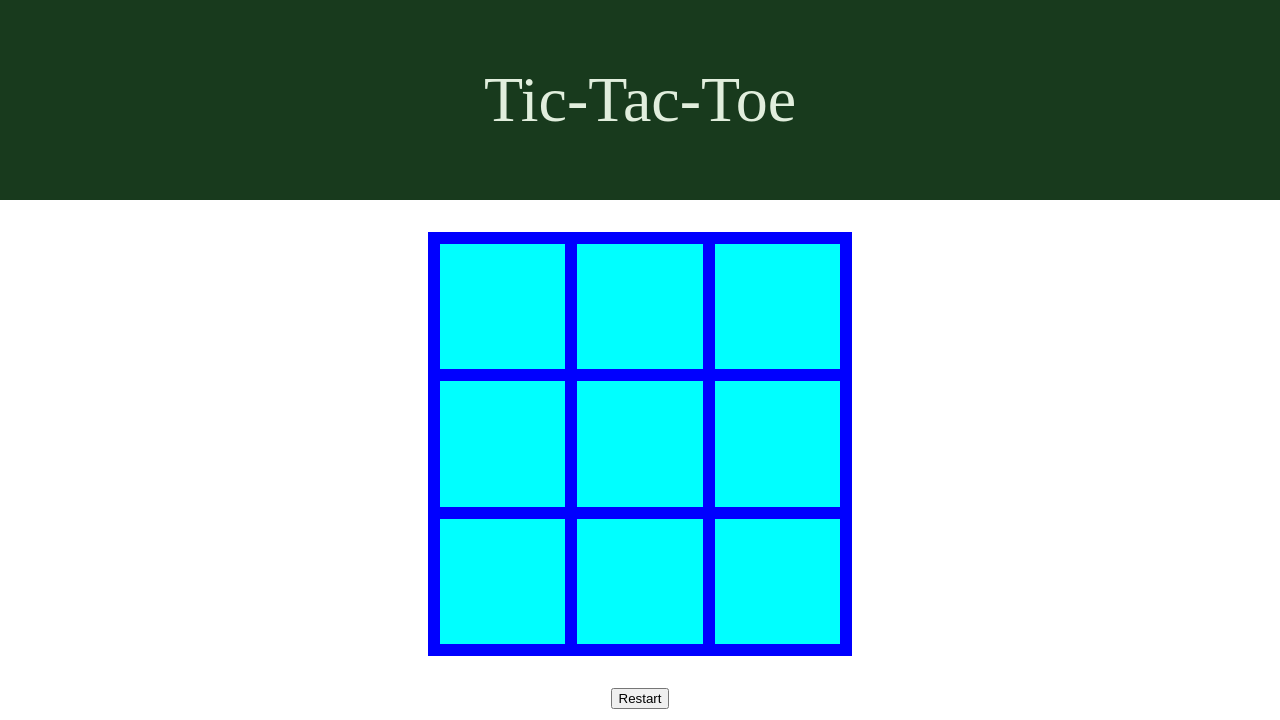
Repository: yeetzpxoci/tic-tac-toe
Page: index.html
These files come from the project's save history. The page is drawn as it stood at one moment and after the next save; the edit follows.
The browser window is 1280 px wide. The pictures show the whole page.

Above is the page before, as saved 2023-02-23 18:41:17.

### index.html
<!DOCTYPE html>
<html lang="en">
<head>
    <meta charset="UTF-8">
    <meta http-equiv="X-UA-Compatible" content="IE=edge">
    <meta name="viewport" content="width=device-width, initial-scale=1.0">
    <title>Tic Tac Toe</title>
    <link rel="stylesheet" type="text/css" href="styles.css" />
</head>
<body>
    <div class="header">
        Tic-Tac-Toe
    </div>
    <div class="board">
        <div class="square" data-index=0></div>

        <div class="square" data-index=1></div>

        <div class="square" data-index=2></div>

        <div class="square" data-index=3></div>

        <div class="square" data-index=4></div>

        <div class="square" data-index=5></div>

        <div class="square" data-index=6></div>

        <div class="square" data-index=7></div>

        <div class="square" data-index=8></div>
    </div>

    <button id="restart" onclick="game.restartGame()">Restart</button>
<script src="script.js"></script>
</body>
</html>

### styles.css
html, body {
    margin: 0;
    padding: 0;
}

body {
    display: flex;
    flex-direction: column;
    justify-content: center;
    align-items: center;
    min-width: 100vh;
    gap: 32px;
}

.header {
    display: flex;
    justify-content: center;
    align-items: center;
    background-color: #183A1D;
    width: 100%;
    height: 200px;
    color: #E1EEDD;
    font-size: 64px;
}

.board {
    height: 400px;
    width: 400px;
    background-color: blue;
    padding: 12px;
    gap: 12px;
    font-size: 96px;
    font-family: Arial, Helvetica, sans-serif;
    font-weight: bolder;
    display: grid;
    grid-template-columns: repeat(3, 1fr);
    grid-template-rows: repeat(3, 1fr);
    user-select: none;
}

.square {
    display: flex;
    justify-content: center;
    align-items: center;
    background-color: aqua;
}

### script.js
const squares = document.getElementsByClassName("square");

const gameBoard = (() => {
    let gameBoard = ["", "", "", "", "", "", "", "", ""];

    const atIndex = (index) => {
        return gameBoard[index];
    }

    const playOn = (index, symbol) => {
        gameBoard[index] = symbol;
    }

    const resetBoard = () => {
        for (let i = 0; i < gameBoard.length; i++) {
            gameBoard[i] = "";
        }
    }

    const winner = (x, y, z) => {
        if ((gameBoard[x] === gameBoard[y]) && ((gameBoard[y] === gameBoard[z]) && (gameBoard[z] === "X"))
            || (gameBoard[x] === gameBoard[y]) && ((gameBoard[y] === gameBoard[z]) && (gameBoard[z] === "O"))) {
            return true;
        } else {
            return false;
        }
    }

    const checkWinner = () => {
        return winner(0, 1, 2)  // check for 3-in-a-row horizontally
            || winner(3, 4, 5)
            || winner(6, 7, 8)
            || winner(0, 3, 6)  // check for 3-in-a-row vertically
            || winner(1, 4, 7)
            || winner(2, 5, 8)
            || winner(0, 4, 8)  // check for 3-in-a-row diagonally
            || winner(6, 4, 2)
    }

    return {
        gameBoard, atIndex, playOn, resetBoard, winner, checkWinner
    };
})();

const players = (symbol) => {
    const play = (index) => gameBoard.playOn(index, symbol);
    return {
        symbol, play
    };
};

const game = (() => {
    let turn = "X";

    const playRound = (e) => {
        if (gameBoard.atIndex(e.currentTarget.dataset.index) === "") {
            players(turn).play(e.currentTarget.dataset.index);
            displayController.renderBoard();
            if (turn === "X") {
                turn = "O";
            } else {
                turn = "X";
            }
            if (gameBoard.checkWinner()) {
                displayController.disableSquares();
                alert("winner!");
            }
        }
    }

    const restartGame = () => {
        turn = "X";
        gameBoard.resetBoard();
        displayController.renderBoard();
        displayController.enableSquares();
    }

    return {
        turn, playRound, restartGame
    };
})();

const displayController = (() => {
    const renderBoard = () => {
        for (let i = 0; i < gameBoard.gameBoard.length; i++) {
            squares[i].innerHTML = gameBoard.gameBoard[i];
        }
    }

    const enableSquares = () => {
        for (let i = 0; i < squares.length; i++) {
            squares[i].addEventListener("click", game.playRound);
        }
    }

    const disableSquares = () => {
        for (let i = 0; i < squares.length; i++) {
            squares[i].removeEventListener("click", game.playRound);
        }
    }

    return {
        renderBoard, enableSquares, disableSquares
    }
})();

displayController.enableSquares();

After the next save:
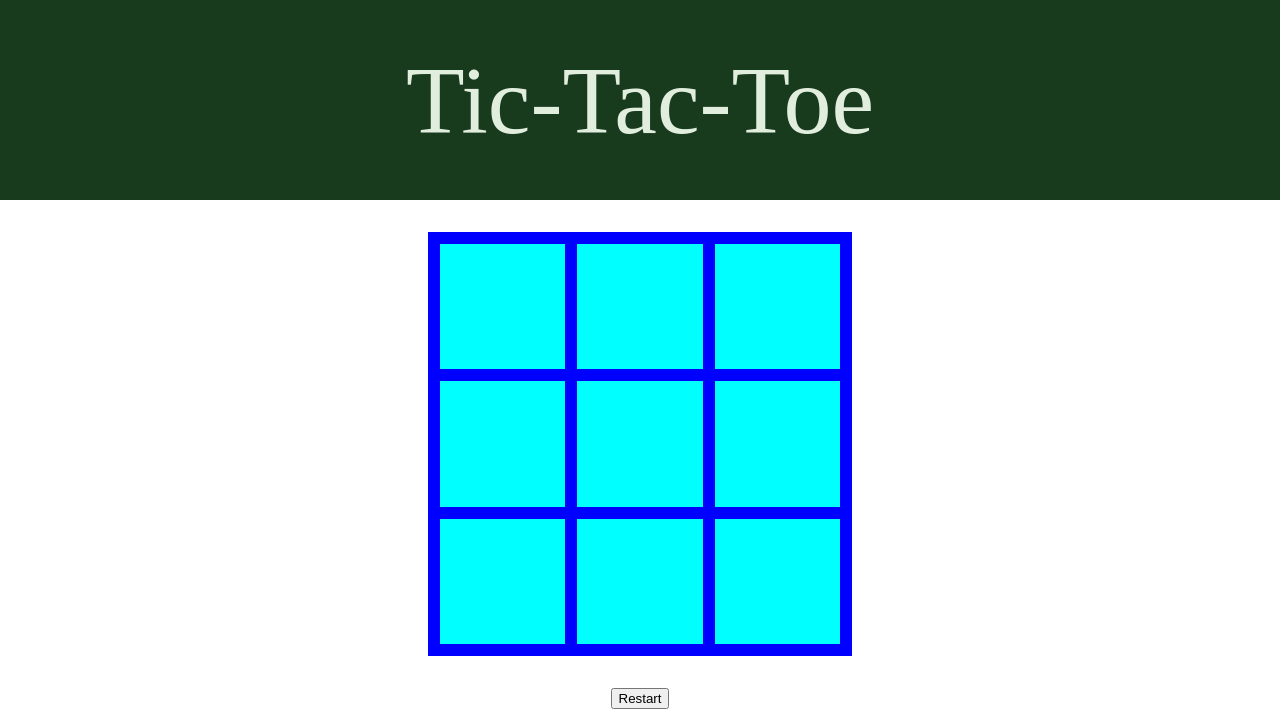
Saved 7 s later.
--- a/styles.css
+++ b/styles.css
@@ -20,7 +20,7 @@ body {
     width: 100%;
     height: 200px;
     color: #E1EEDD;
-    font-size: 64px;
+    font-size: 96px;
 }
 
 .board {
